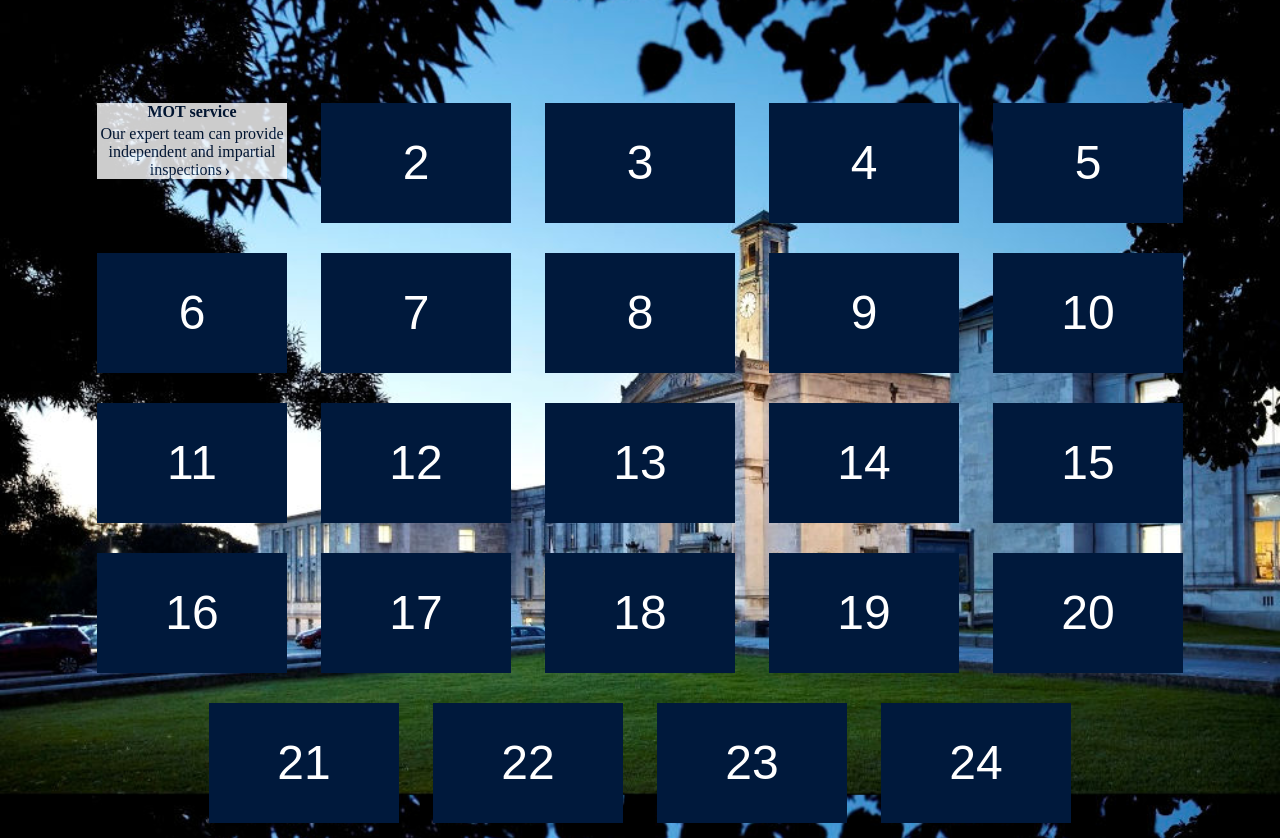
Repository: Domehead123/advent
Page: index.html
The author's editor kept a record of every edit. The page is drawn from the files as they stood at one moment, then again after the next edit.
The browser window is 1280 px wide. The pictures show the whole page.

Above is the page before.

### index.html
<!DOCTYPE html>
<html lang="en">
<head>
    <meta charset="UTF-8">
    <meta name="viewport" content="width=device-width, initial-scale=1.0">
    <meta http-equiv="X-UA-Compatible" content="ie=edge">
    <link rel="stylesheet" href="style.css" type="text/css" />
    <title>Document</title>
</head>
<body>
    <div class="window-wrapper">

        <div class="window-open"><a href="https://www.southampton.gov.uk/roads-parking/highway/mot/"></span><span class="window-header">MOT service</span>
        <span class="abstract">Our expert team can provide independent and impartial inspections</span><span class="day">1</span></a></div>


        <div class="window-closed">2</div>
        <div class="window-closed">3</div>
        <div class="window-closed">4</div>
        <div class="window-closed">5</div>
        <div class="window-closed">6</div>
        <div class="window-closed">7</div>
        <div class="window-closed">8</div>
        <div class="window-closed">9</div>
        <div class="window-closed">10</div>
        <div class="window-closed">11</div>
        <div class="window-closed">12</div>
        <div class="window-closed">13</div>
        <div class="window-closed">14</div>
        <div class="window-closed">15</div>
        <div class="window-closed">16</div>
        <div class="window-closed">17</div>
        <div class="window-closed">18</div>
        <div class="window-closed">19</div>
        <div class="window-closed">20</div>
        <div class="window-closed">21</div>
        <div class="window-closed">22</div>
        <div class="window-closed">23</div>
        <div class="window-closed">24</div>
    </div>
</body>
</html>

### style.css
body {
    background-image: url("images/civic-centre-2.jpg");
    background-size: cover;
    background-position: center;
    height: 100vh;
}

.window-wrapper {
    padding: 80px 50px 0 50px;
    text-align: center;
}

.window-open  {
    background: #fff;
    color: #00193c;
    opacity: 0.8;
    width: 190px;
    height: 120px;
    display: inline-block;
    vertical-align: top;
    margin: 15px;
}

.window-closed {
    font-size: 3em;
    text-align: center;
    font-family: "franklin-gothic-urw",sans-serif;
    line-height: 120px;
    width: 190px;
    height: 120px;
    display: inline-block;
    background-color: #00193c;
    color: #fff;
    margin: 15px;
}


.window-open  {
    background: #fff;
    height: 100%;



}

.window-open:hover {
   background: #ddd;
}

.day {
    display: inline-block;
    position: relative;
    top: -90px;
    left: -130px;
    color: #333;
    font-size: 0.9em;
    text-decoration: none;
}

.window-open a {
    text-decoration: none;
    color: #00193c;
    transition: 0.4s all;
}

.window-open:hover a {
    text-decoration: underline;
}

.window-header {

font-weight: bold;
margin: 0 0 4px 0;
display: block;
}

.abstract::after {
content: "\203A";
display: inline-block;
text-decoration: none;
font-weight: bold;
line-height: 0;
position: relative;
top: 1px;
left: 3px;
}

After the next edit:
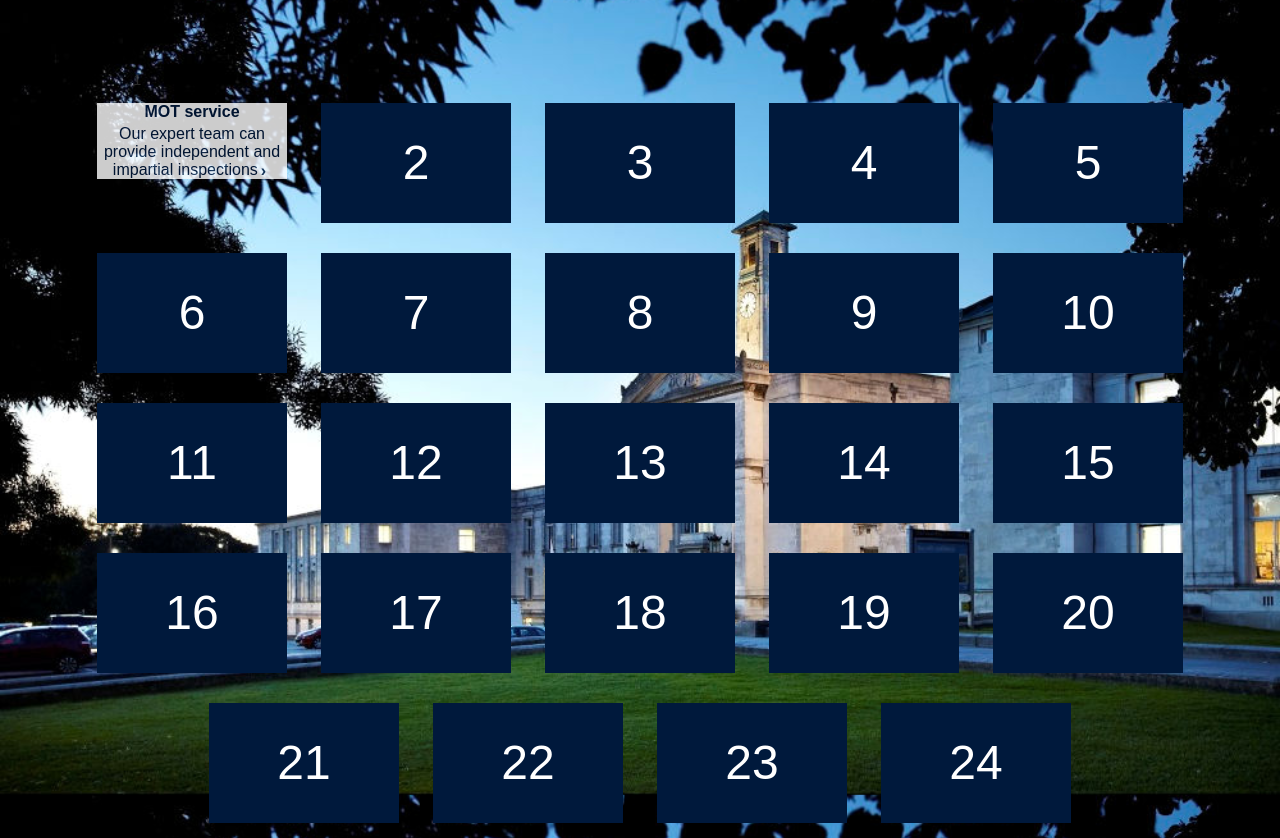
The edit:
--- a/style.css
+++ b/style.css
@@ -19,6 +19,9 @@
     display: inline-block;
     vertical-align: top;
     margin: 15px;
+    text-align: center;
+    font-family: "franklin-gothic-urw",sans-serif;
+    transition: 0.4s all;
 }
 
 .window-closed {
